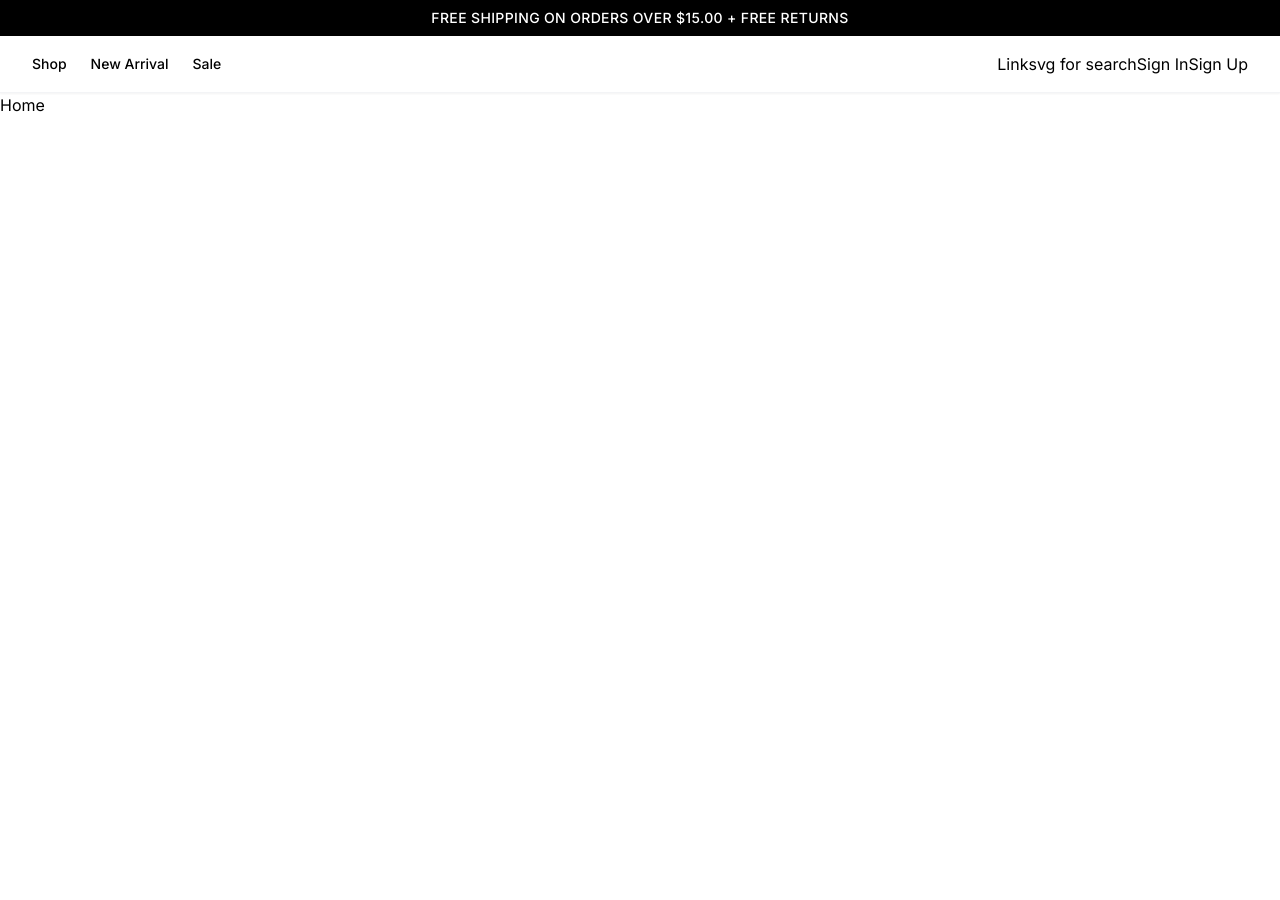
Repository: DiwanMalla/TEMU_CLONE
Page: /
An editor plug-in stored every save of this project. The page is shown before and after the next save, followed by the edit.
The browser window is 1280 px wide. The pictures show the whole page.
The project was rebuilt for these pictures with package versions that can differ from the ones it lists, and the page was loaded fresh each time. The framework's server and built-in components were replaced by stand-ins that run in the browser. Also part of the build but not shown: next.config.ts.

Above is the page before, as saved 2025-01-20 22:34:38.

After the next save:
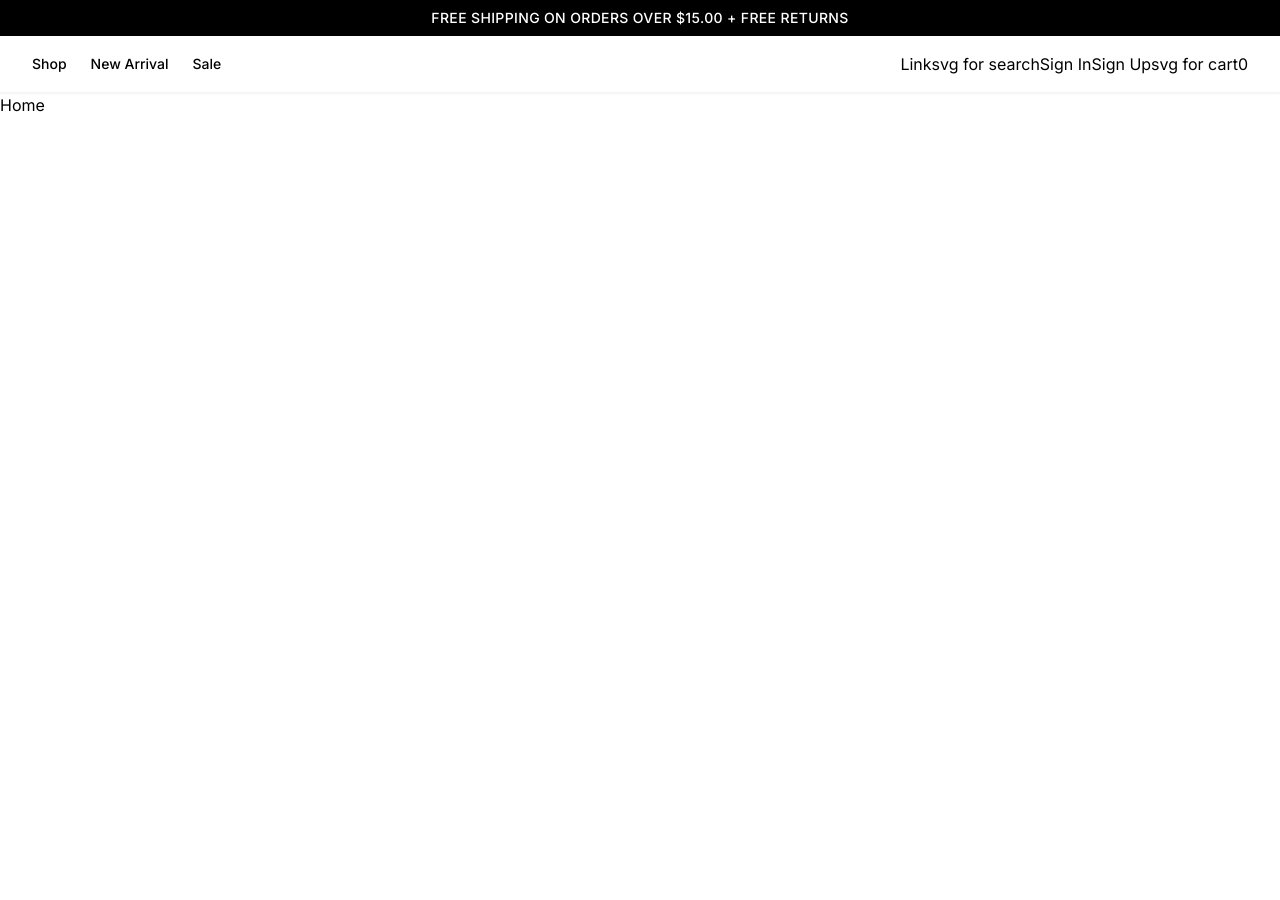
Saved 35 s later.
--- a/components/layout/Header.tsx
+++ b/components/layout/Header.tsx
@@ -71,6 +71,10 @@ const Header = () => {
               <button> svg for search</button>
               <Link href="/auth/sign-in">Sign In</Link>
               <Link href="/auth/sign-up">Sign Up</Link>
+              <button>
+                svg for cart
+                <span>0</span>
+              </button>
             </div>
           </div>
         </div>
